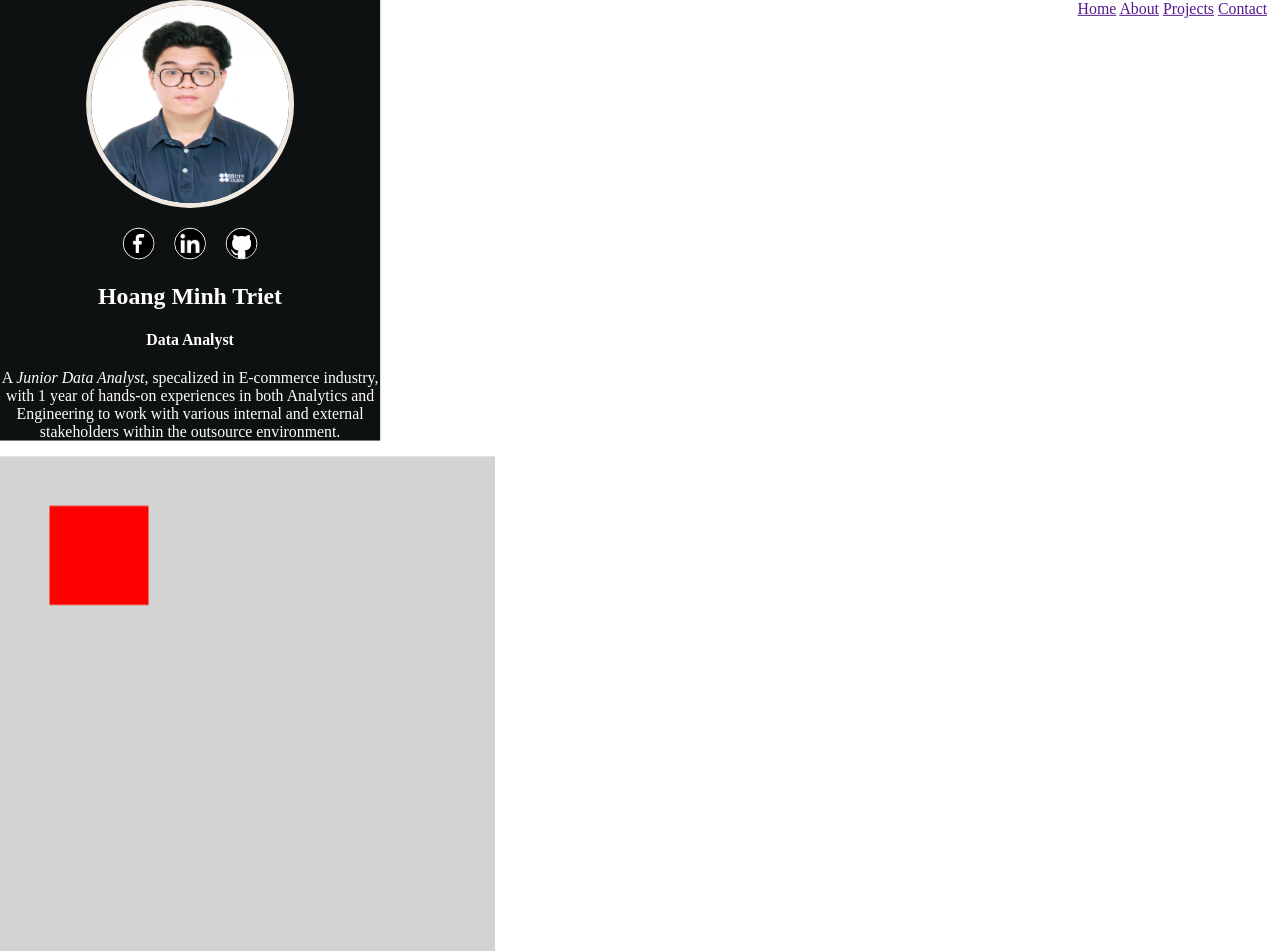
Repository: MinnTrit/personal_website
Page: http://localhost/
An editor plug-in stored every save of this project. The page is shown before and after the next save, followed by the edit.
The browser window is 1280 px wide. The pictures show the whole page, at 99% of full size.
The page is served by the project's application, run on Flask 3 (app.py).

Above is the page before, as saved 2025-01-29 09:42:04.

### templates/index.html
<!DOCTYPE html>
<html lang="en">
<head>
    <meta charset="UTF-8">
    <meta name="viewport" content="width=device-width, initial-scale=1.0">
    <link rel="stylesheet" href="{{ url_for('static', filename='css/styles.css') }}">
    <title>Data Engineer - Hoang Minh Triet</title>
</head>
<body>
    <header>
        <nav class="navbar">
            <a href="">Home</a>
            <a href="">About</a>
            <a href="">Projects</a>
            <a href="">Contact</a>
        </nav>
    </header>
    <main>
        <div class="picture">
            <img src="{{ url_for('static', filename='imgs/personal_image.jpg') }}" alt="personalImage">
            <div class="information">
                <a href="https://www.facebook.com/minhtriet05042003/" target="_blank">
                    <img class="facebook" src="{{ url_for('static', filename='imgs/facebook.jpg') }}" alt="facebook">
                </a>
                <a href="https://www.linkedin.com/in/minchit0504/" target="_blank">
                    <img class="linkedin" src="{{ url_for('static', filename='imgs/linkedin-logo.png') }}" alt="linkedin">
                </a>
                <a href="https://www.linkedin.com/in/minchit0504/" target="_blank">
                    <img class="github" src="{{ url_for('static', filename='imgs/github.png') }}" alt="github">
                </a>
            </div>
            <div class="pictureText">
                <h2>Hoang Minh Triet</h2>
                <h4>Data Analyst</h4>
                <p>A <em>Junior Data Analyst</em>, specalized in E-commerce industry, with 1 year of hands-on experiences in both Analytics and Engineering to work with various internal and external stakeholders within the outsource environment.</p>
            </div>
        </div>

        <div class="container">
            <div class="absolute-box"></div>
        </div>

    </main>
</body>
</html>

### app.py
from flask import Flask, request, render_template
app = Flask(__name__)
app.debug=True
#Initialize common variables
@app.route('/', methods=['GET', 'POST'])
def index():
    if request.method == 'GET':
        return render_template('index.html')

if __name__ == '__main__':
    app.run(host='0.0.0.0', port=5002, debug=True)

### static/css/styles.css
header {
    position: fixed;
    top: 0;
    right: 0;
}

html, body {
    height: 100%;
    margin: 0;
    color: white;
}

.picture {
    background-color:#0e1111;
    width: 30%;
    height: 100%;
}

.picture img {
    display: block;
    width: 200px;
    height: 200px;
    margin-left: auto;
    margin-right: auto;
    border-radius: 50%;
    border: 5px solid;
    border-color:#efe9e2;
}

.picture .pictureText {
    text-align: center;
    transform: translateY(100%);
    opacity: 0;
    animation: slideInFromBottom 1s ease-in-out forwards;
}

@keyframes slideInFromBottom {
    0% {
        transform: translateY(100%);
        opacity: 0;
    }
    100% {
        transform: translateY(0);
        opacity: 1;
    }
}


.sections {
    display: flex;
    justify-content: right;
    position: absolute;
    top: 0;
    right: 0;
    background-color:#3b444b;
    width: 70%;
    height: 100%;
    gap: 50px;
}

.sections .h2 {
    display: inline-block;
}

.information {
    margin-top: 20px;
    display: flex;
    justify-content: center;
    gap: 20px;
}

.information img {
    width: 30px;
    height: 30px;
    display: inline-block;
    border: 1px solid;
    border-color: white;
}

.information img:hover {
    opacity:1.0;
}

.container {
    position: relative;
    width: 500px;
    height: 500px;
    background: lightgray;
}

.absolute-box {
    position: absolute;
    top: 50px;
    left: 50px;
    width: 100px;
    height: 100px;
    background: red;
}

After the next save:
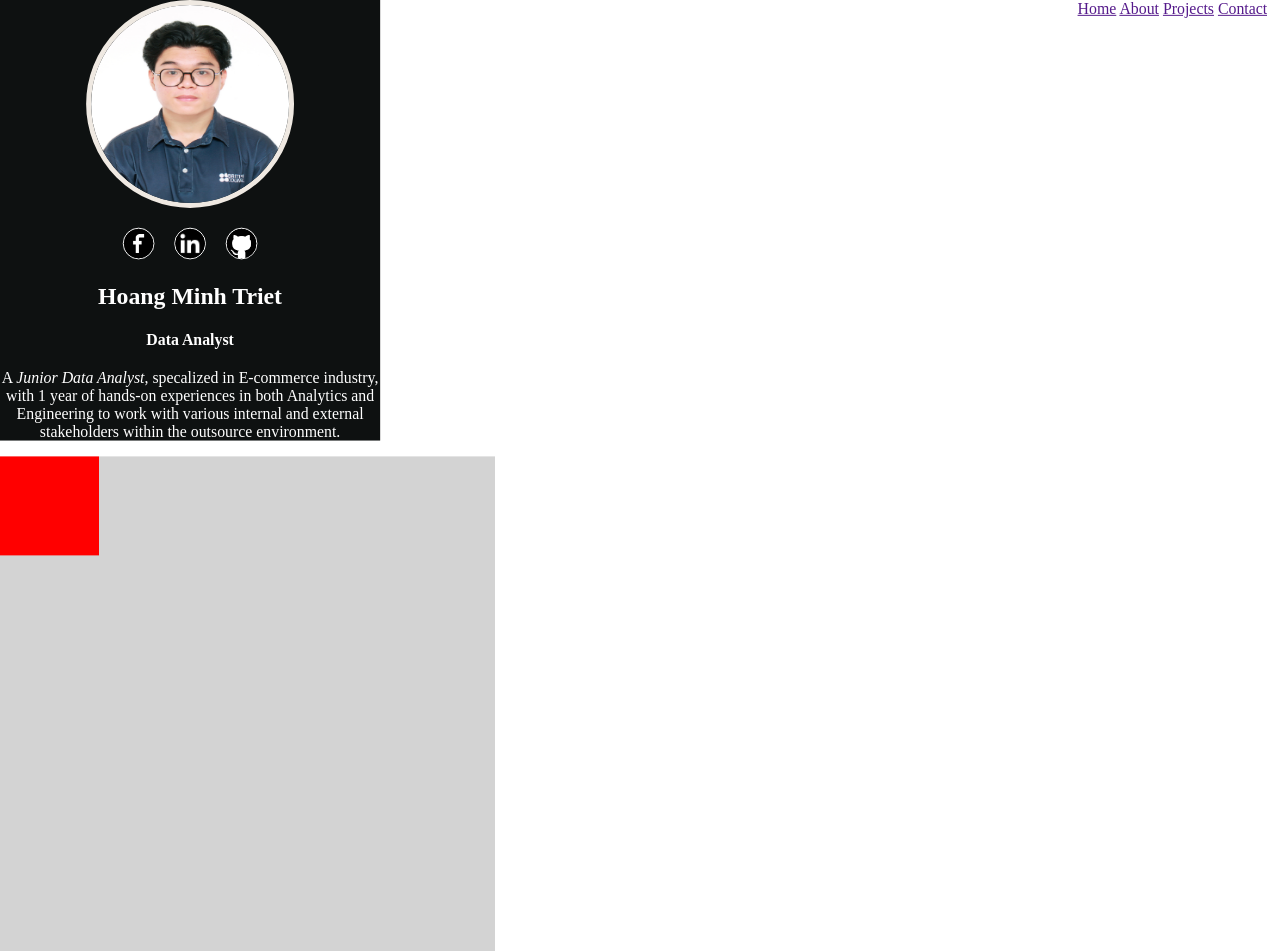
Saved 109 min 58 s later.
--- a/static/css/styles.css
+++ b/static/css/styles.css
@@ -82,7 +82,7 @@ html, body {
 }
 
 .container {
-    position: relative;
+    position: absolute;
     width: 500px;
     height: 500px;
     background: lightgray;
@@ -90,8 +90,8 @@ html, body {
 
 .absolute-box {
     position: absolute;
-    top: 50px;
-    left: 50px;
+    top: 0px;
+    left: 0px;
     width: 100px;
     height: 100px;
     background: red;
